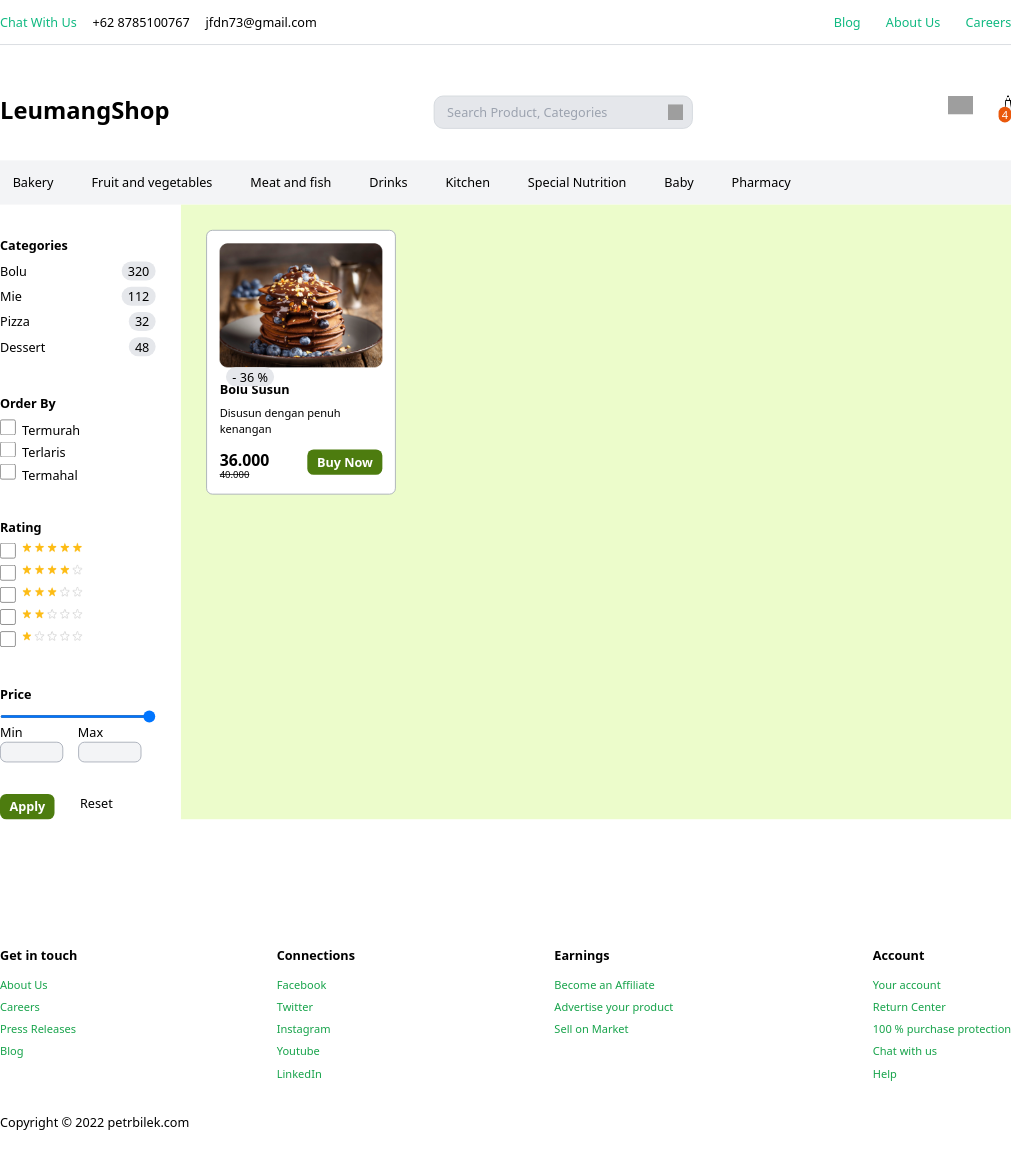
Repository: jafetdn73/ecommerce-tailwind
Page: /
An editor plug-in stored every save of this project. The page is shown before and after the next save, followed by the edit.
The browser window is 1280 px wide. The pictures show the whole page, at 79% of full size.
Pictures or frames that could not be fetched are drawn as grey boxes. The project was rebuilt for these pictures with package versions that can differ from the ones it lists, and the page was loaded fresh each time. Also part of the build but not shown: src/App.css.

Above is the page before, as saved 2022-03-14 15:07:39.

After the next save:
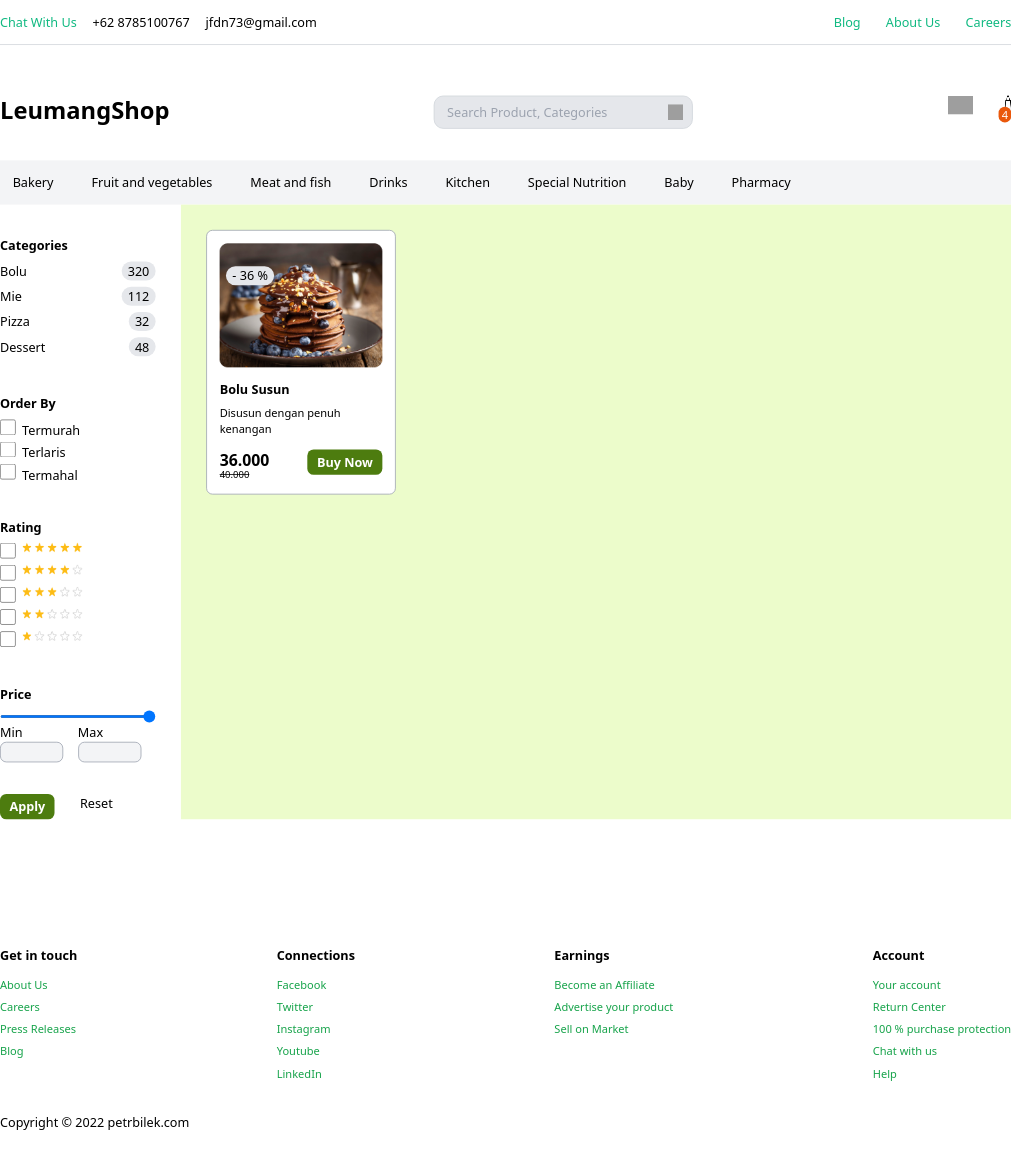
Saved 14 s later.
--- a/src/App.js
+++ b/src/App.js
@@ -178,7 +178,7 @@
           <div className="w-60 m-8 p-4 bg-white border border-gray-400 rounded-lg">
             <div className="relative">
               <img src="images/bolu-susun.png" alt="bolu-susun" width="236" height="180"/>
-              <label className="ml-2 absolute bottom-25 left-0 mb-2 bg-gray-200 pl-2 pr-2 rounded-xl">- 36 %</label>
+              <label className="ml-2 absolute bottom-24 left-0 mb-2 bg-gray-200 pl-2 pr-2 rounded-xl">- 36 %</label>
             </div>
             <div>
             <h1 className="font-bold text-base mt-4 mb-2">Bolu Susun</h1>

After the save that followed:
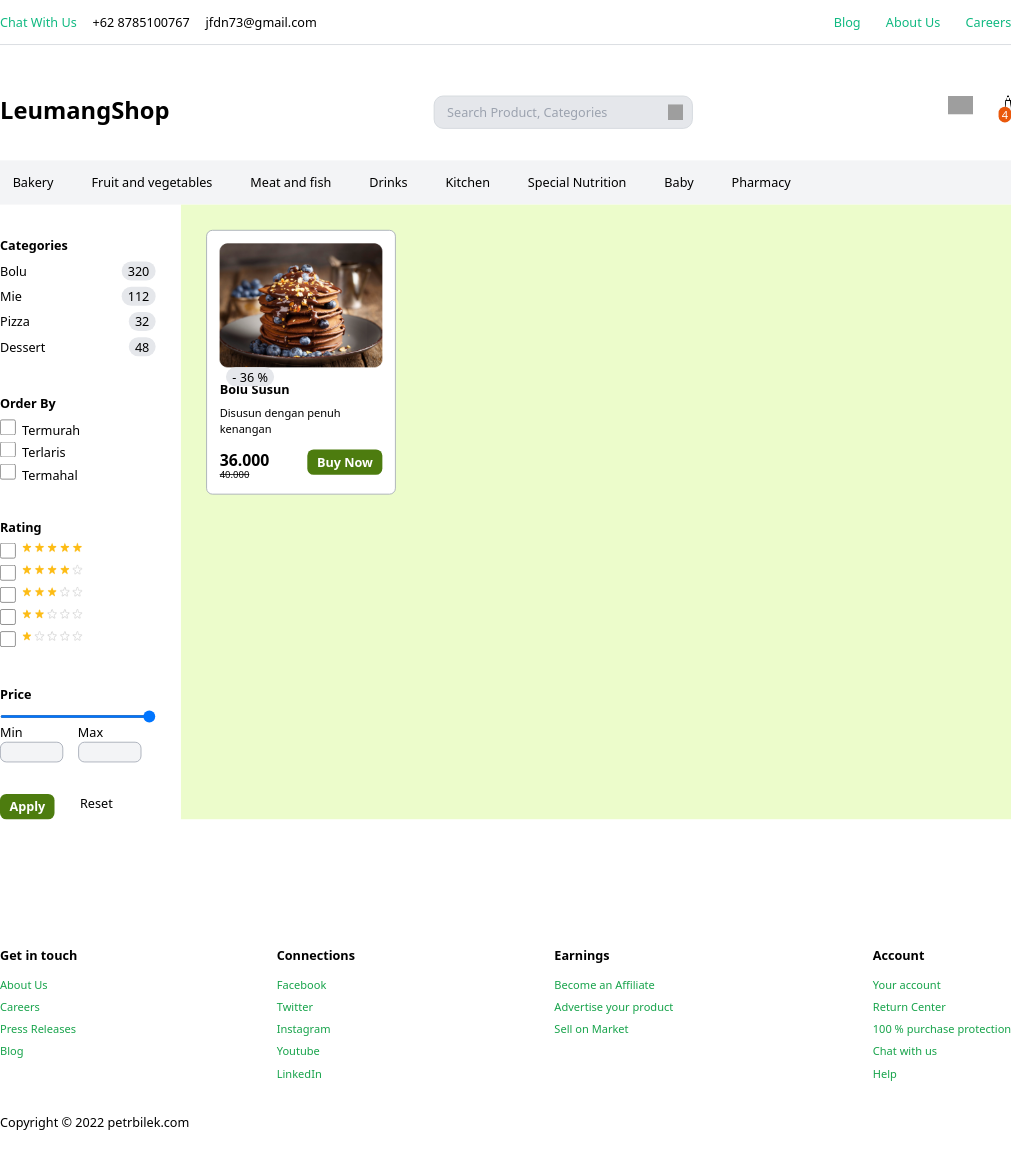
Saved 45 s later.
--- a/src/App.js
+++ b/src/App.js
@@ -178,7 +178,7 @@
           <div className="w-60 m-8 p-4 bg-white border border-gray-400 rounded-lg">
             <div className="relative">
               <img src="images/bolu-susun.png" alt="bolu-susun" width="236" height="180"/>
-              <label className="ml-2 absolute bottom-24 left-0 mb-2 bg-gray-200 pl-2 pr-2 rounded-xl">- 36 %</label>
+              <label className="ml-2 absolute bottom-30 left-0 mb-2 bg-gray-200 pl-2 pr-2 rounded-xl">- 36 %</label>
             </div>
             <div>
             <h1 className="font-bold text-base mt-4 mb-2">Bolu Susun</h1>
